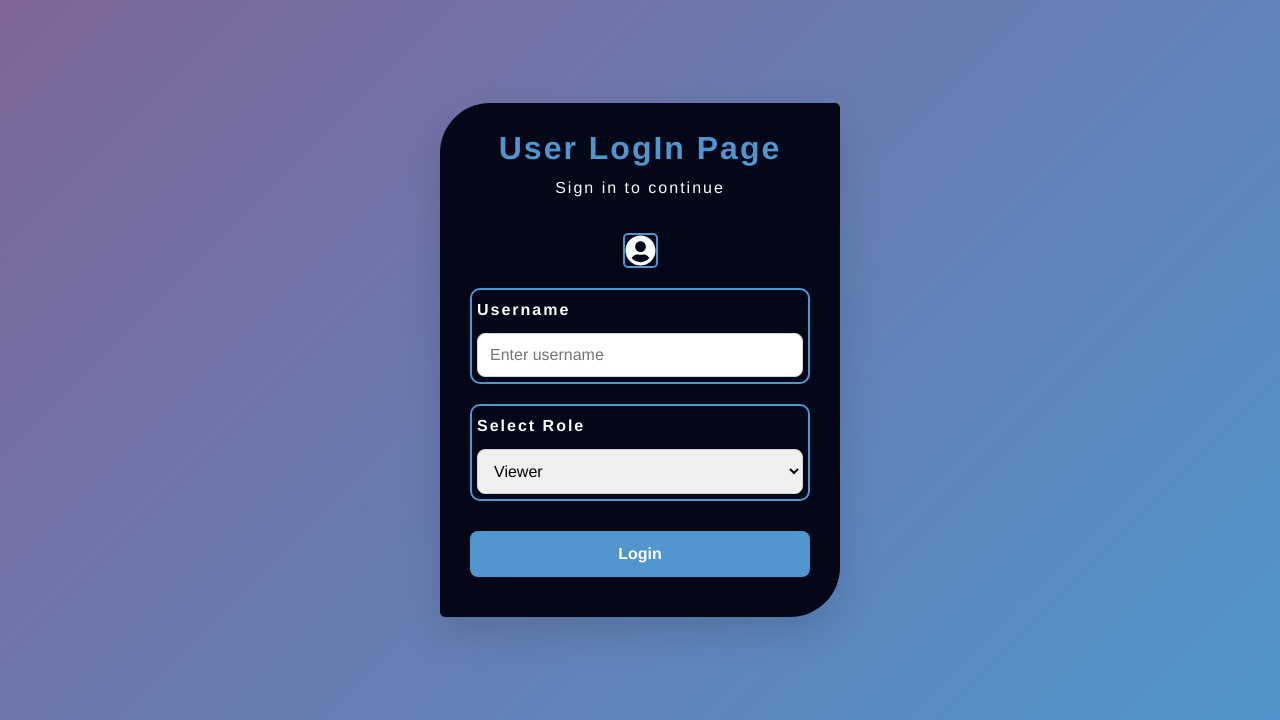
Repository: SolomonChinonso/myUserDashboard
Page: / (app in my-user-dashboard-app/)
An editor plug-in stored every save of this project. The page is shown before and after a run of saves, followed by the edit.
The browser window is 1280 px wide. The pictures show the whole page.
The project was rebuilt for these pictures with package versions that can differ from the ones it lists, and the page was loaded fresh each time. Also part of the build but not shown: my-user-dashboard-app/vite.config.ts, my-user-dashboard-app/src/App.css, my-user-dashboard-app/src/pages/global.css, my-user-dashboard-app/src/pages/Dashboard.tsx, my-user-dashboard-app/src/pages/Profile.tsx, my-user-dashboard-app/src/pages/Settings.tsx, my-user-dashboard-app/src/components/Navbar.tsx, my-user-dashboard-app/src/components/ProtectedRoute.tsx.

Above is the page before, as saved 2026-05-31 16:01:30.

### my-user-dashboard-app/index.html
<!doctype html>
<html lang="en">
  <head>
    <meta charset="UTF-8" />
    <link rel="icon" type="image/svg+xml" href="/favicon.svg" />
    <meta name="viewport" content="width=device-width, initial-scale=1.0" />
    <title>my-user-dashboard-app</title>
  </head>
  <body>
    <div id="root"></div>
    <script type="module" src="/src/main.tsx"></script>
  </body>
</html>

### my-user-dashboard-app/src/main.tsx
import React from "react";
import ReactDOM from "react-dom/client";
import App from "./App";
import { BrowserRouter } from "react-router-dom";
import { AuthProvider } from "./context/AuthProvider"
import "./index.css"


ReactDOM.createRoot(document.getElementById("root")!).render(
  <React.StrictMode>
    <BrowserRouter>
      <AuthProvider>
        <App />
      </AuthProvider>
    </BrowserRouter>
  </React.StrictMode>
);

### my-user-dashboard-app/src/App.tsx
import {
  Routes,
  Route,
  Navigate,
} from "react-router-dom";
import "./App.css"

import Login from "./pages/Login";
import Dashboard from "./pages/Dashboard";
import Profile from "./pages/Profile";
import Settings from "./pages/Settings";

import Navbar from "./components/Navbar";
import ProtectedRoute from "./components/ProtectedRoute";

import { useAuth } from "./hooks/useAuth";

function App() {
  const { user } = useAuth();

  return (
    <div className="app-section">
      {user && <Navbar />}

      <Routes>
        {/* Redirect homepage to login */}
        <Route
          path="/"
          element={<Navigate to="/login" replace />}
        />

        <Route
          path="/login"
          element={<Login />}
        />

        <Route
          path="/dashboard"
          element={
            <ProtectedRoute>
              <Dashboard />
            </ProtectedRoute>
          }
        />

        <Route
          path="/profile"
          element={
            <ProtectedRoute>
              <Profile />
            </ProtectedRoute>
          }
        />

        <Route
          path="/settings"
          element={
            <ProtectedRoute adminOnly>
              <Settings />
            </ProtectedRoute>
          }
        />

        {/* Catch-all route */}
        <Route
          path="*"
          element={<Navigate to="/login" replace />}
        />
      </Routes>
    </div>
  );
}

export default App;

### my-user-dashboard-app/src/context/AuthProvider.tsx
import {
  useState,
  type ReactNode,
} from "react";

import type { User } from "../types/user";

import { AuthContext } from "./AuthContext";

interface AuthProviderProps {
  children: ReactNode;
}

export const AuthProvider = ({
  children,
}: AuthProviderProps) => {
  const [user, setUser] =
    useState<User | null>(null);

  const login = (userData: User) => {
    setUser(userData);
  };

  const logout = () => {
    setUser(null);
  };

  return (
    <AuthContext.Provider
      value={{
        user,
        login,
        logout,
      }}
    >
      {children}
    </AuthContext.Provider>
  );
};

### my-user-dashboard-app/src/index.css
*{
    margin: 0;
    padding: 0;
    font-family: 'Franklin Gothic Medium', 'Arial Narrow', Arial, sans-serif;
    box-sizing: border-box;


}
body{
   height: 100vh;
   min-height: 100%;
    letter-spacing: 2px;
    background:  linear-gradient(
    135deg,
    #7e6598,
    #5095cd);
    background-repeat:no-repeat;
    color: #5095cd;
}

### my-user-dashboard-app/src/pages/Login.tsx
import { FaUserCircle } from "react-icons/fa";
import { useState } from "react";
import { useNavigate } from "react-router-dom";
import { useAuth } from "../hooks/useAuth";
import "./Login.css";

const Login = () => {
  const [username, setUsername] = useState("");
  const [role, setRole] = useState("Viewer");

  const { login } = useAuth();
  const navigate = useNavigate();

  const handleLogin = () => {
    login({
      username,
      role: role as "Admin" | "Editor" | "Viewer",
    });

    navigate("/dashboard");
  };

  return (
    <div className="login-page">
      <div className="login-card">
        <h1>User LogIn Page</h1>
        <p className="subtitle">
          Sign in to continue
        </p>
        <FaUserCircle size={35} className="profile-pix" />
        <div className="form-group">
          <label>Username</label>
          <input
            type="text"
            placeholder="Enter username"
            value={username}
            onChange={(e) =>
              setUsername(e.target.value)
            }
          />
        </div>

        <div className="form-group">
          <label>Select Role</label>
          <select
            value={role}
            onChange={(e) =>
              setRole(e.target.value)
            }
          >
            <option>Admin</option>
            <option>Editor</option>
            <option>Viewer</option>
          </select>
        </div>

        <button
          className="login-btn"
          onClick={handleLogin}
        >
          Login
        </button>
      </div>
    </div>
  );
};

export default Login;

### my-user-dashboard-app/src/hooks/useAuth.ts
import { useContext } from "react";

import { AuthContext } from "../context/AuthContext";

export const useAuth = () => {
  const context = useContext(AuthContext);

  if (!context) {
    throw new Error(
      "useAuth must be used inside AuthProvider"
    );
  }

  return context;
};

### my-user-dashboard-app/src/context/AuthContext.ts
import { createContext } from "react";

import type { User } from "../types/user";

export interface AuthContextType {
  user: User | null;
  login: (user: User) => void;
  logout: () => void;
}
export const AuthContext =
  createContext<AuthContextType | null>(null);

### my-user-dashboard-app/src/pages/Login.css
/* Full page layout */
.login-page {
  min-height: 100vh;

  display: flex;
  justify-content: center;
  align-items: center;
  margin-top: 0;
  padding: 20px;
}

/* Login card */
.login-card {
  width: 100%;
  max-width: 400px;
  height: 100%;
  background: #040717;
  padding: 30px;
  border-radius: 50px 5px;
  display: flex;
  flex-direction: column;
  justify-content: center;
  align-items: center;
  box-shadow: 0 15px 40px
    rgba(0, 0, 0, 0.15);
  line-height: 30px;
  text-align: center;
}

.profile-pix{
    margin-bottom: 20px;
    background: transparent;
    border-radius: 5px;
    border: 2px solid #5095cd;
    color: #fbfcfe;
}
/* Heading */
.login-card h1 {
  margin-bottom: 10px;
  color: #5095cd;
}

.subtitle {
  color: #fafcfe;
  margin-bottom: 30px;
}

/* Form group */
.form-group {
    border: 2px solid #5095cd;
    width: 100%;
    border-radius: 10px;
    padding: 5px;
  display: flex;
  flex-direction: column;
  text-align: left;
  margin-bottom: 20px;
}

.form-group label {
  margin-bottom: 8px;
  font-weight: 600;
  color: #fbfcfe;
}

/* Inputs */
.form-group input,
.form-group select {
  padding: 12px;
  border: 1px solid #d1d5db;
  border-radius: 8px;

  font-size: 16px;
  outline: none;

  transition: 0.3s ease;
}

.form-group input:focus,
.form-group select:focus {
  border-color: #4f46e5;
  box-shadow: 0 0 0 3px
    rgba(79, 70, 229, 0.15);
}

/* Button */
.login-btn {
  width: 100%;
  padding: 14px;

  border: none;
  border-radius: 8px;

  background: #5095cd;
  color: white;

  font-size: 16px;
  font-weight: bold;

  cursor: pointer;
  transition: 0.3s ease;
}

.login-btn:hover {
  background: #4338ca;
  transform: translateY(-2px);
}

### my-user-dashboard-app/src/components/Navbar.css
nav{
    background: rgb(48, 4, 59);
    display: flex;
    justify-content: space-between;
    align-items: center;
    /* margin: 20px; */
    /* padding: 10px; */
    /* max-width: 100vw; */
    /* width: 100%; */
    /* flex-wrap: wrap; */
    /* border-radius: 50px; */

}
nav .logo{
    font-family: system-ui, -apple-system, BlinkMacSystemFont, 'Segoe UI', Roboto, Oxygen, Ubuntu, Cantarell, 'Open Sans', 'Helvetica Neue', sans-serif;
    font-style: oblique;
    background: transparent;
    margin: 10px;
    padding: 5px 10px;
    width: 100px;
   border-radius: 50%;
    display: flex;
    flex-direction: column;
    text-align: center;
    border: 2px solid rgb(117, 180, 222);;
}
.links{
    display: flex;
    gap: 5px;

}
a{
    font-family: Arial, Helvetica, sans-serif;
    text-decoration: none;
    color: rgb(224, 224, 240);
   font-size: large;
   font-weight: 700;
}
button{
    font-size: 1rem;
    color: #f3f3f8;
    padding: 5px 10px;
    margin: 10px;
    border: 2px solid rgb(117, 180, 222);
    border-radius: 50px;
    background: transparent;
    cursor: pointer;
    transition: 0.3s ease-in-out;
}
span{
    display: flex;
    flex-direction: column;
    justify-content: center;
    align-items: center;

    color: rgb(240, 240, 244);
}
.profile{
    display: flex;
}

After the next 4 saves:
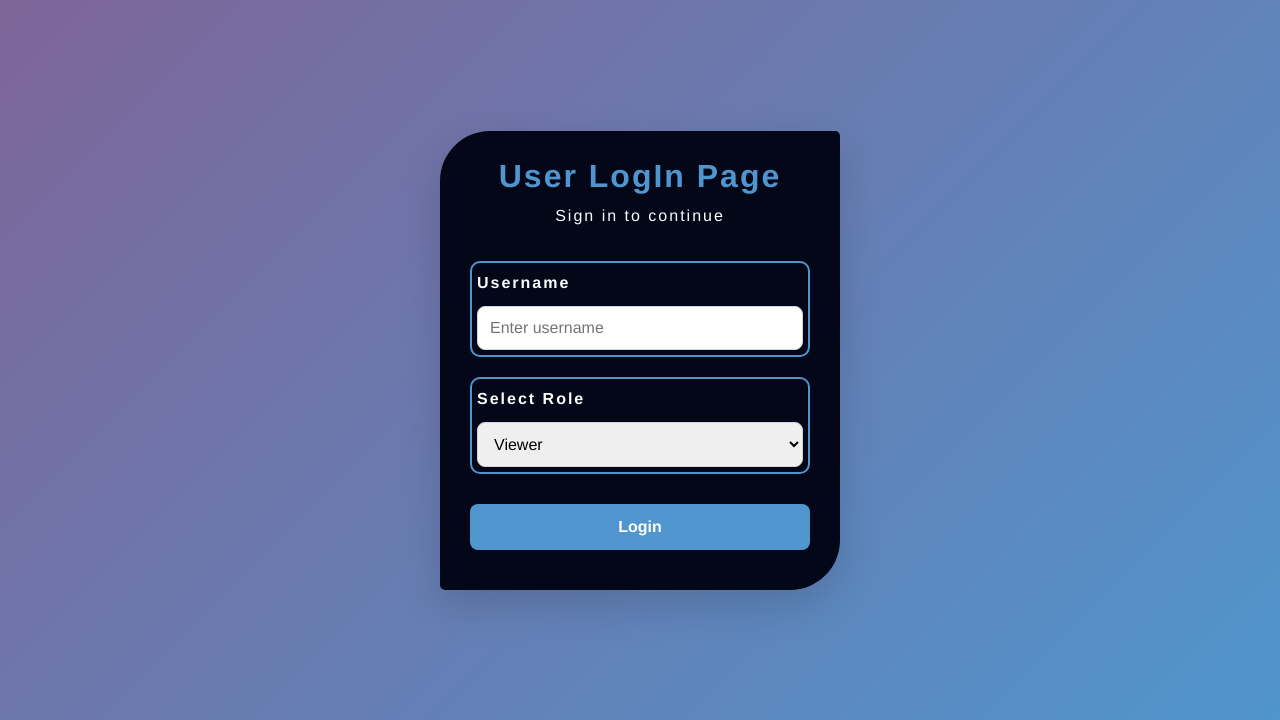
The 4 saves are shown as one change because they came seconds apart.
The last was saved 54 s later.
--- a/my-user-dashboard-app/src/pages/Login.tsx
+++ b/my-user-dashboard-app/src/pages/Login.tsx
@@ -27,7 +27,9 @@
         <p className="subtitle">
           Sign in to continue
         </p>
-        <FaUserCircle size={35} className="profile-pix" />
+        <span>
+
+        </span>
         <div className="form-group">
           <label>Username</label>
           <input

After the 4 saves that followed:
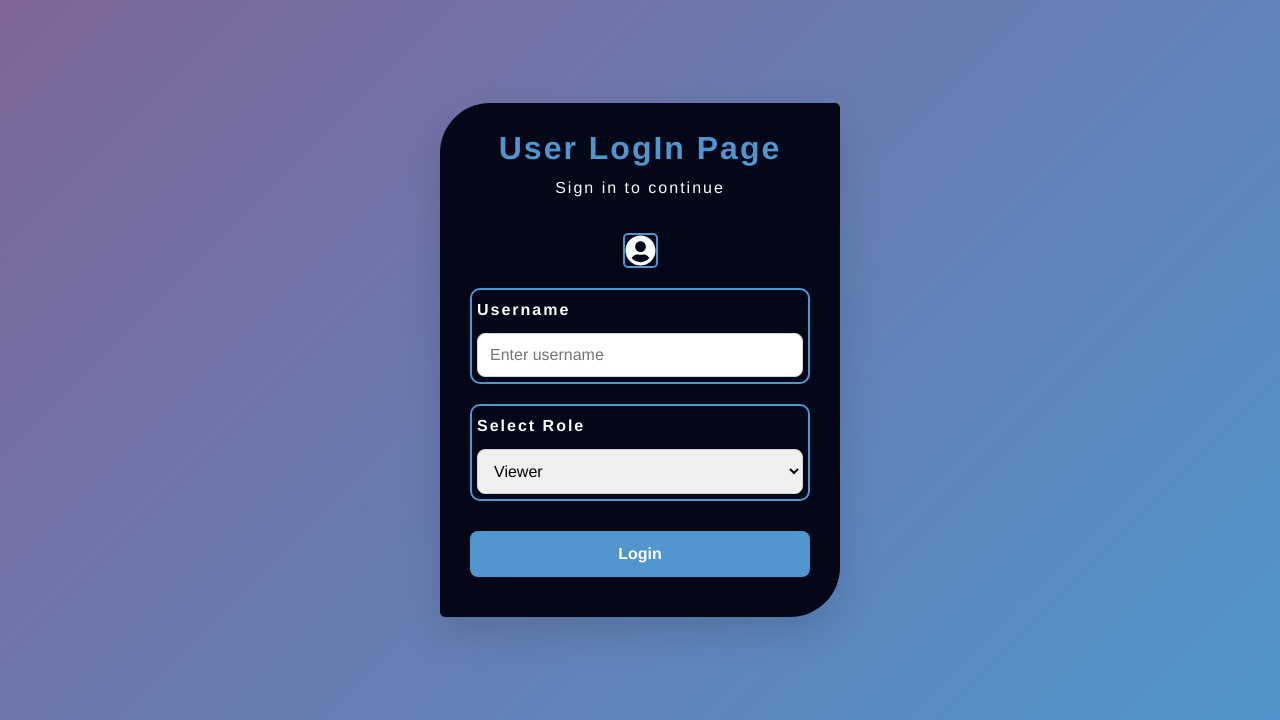
The 4 saves are shown as one change because they came seconds apart.
The last was saved 11 s later.
--- a/my-user-dashboard-app/src/pages/Login.tsx
+++ b/my-user-dashboard-app/src/pages/Login.tsx
@@ -28,7 +28,8 @@
           Sign in to continue
         </p>
         <span>
-
+          <FaUserCircle size={35} className="profile-pix" />
+          <p></p>
         </span>
         <div className="form-group">
           <label>Username</label>
